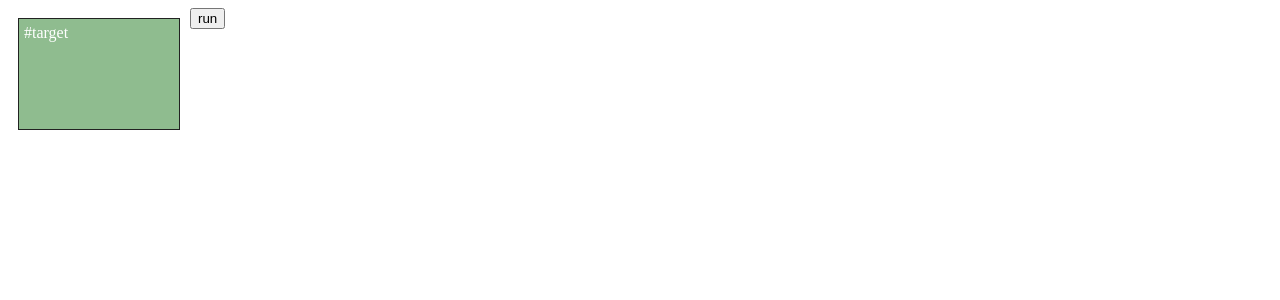
Repository: silenttemplar/java_start_project
Page: hansung_ee_2014/hansung_jquery_exercise/WebContent/ChangeSize_10.html
An editor plug-in stored every save of this project. The page is shown before and after the next save, followed by the edit.
The browser window is 1280 px wide. The pictures show the whole page.
After loading, the first visible `input` was clicked once.

Above is the page before, as saved 2014-08-27 07:30:05.

After the next save:
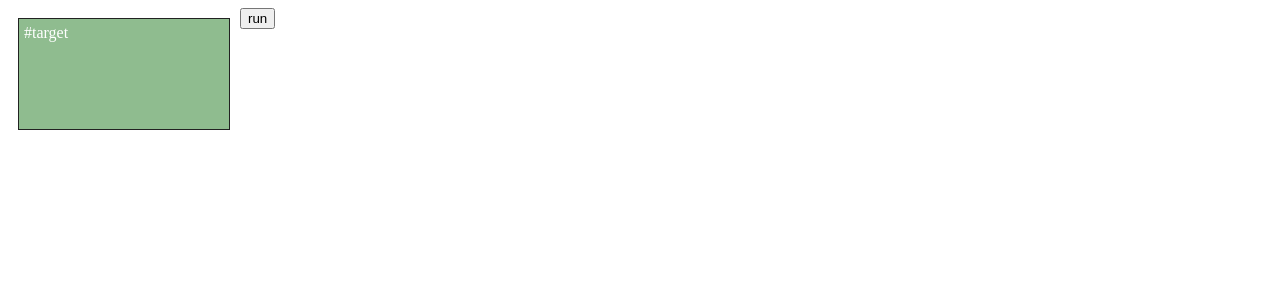
Saved 78 s later.
--- a/hansung_ee_2014/hansung_jquery_exercise/WebContent/ChangeSize_10.html
+++ b/hansung_ee_2014/hansung_jquery_exercise/WebContent/ChangeSize_10.html
@@ -9,7 +9,7 @@
 	 * 함수 : css() / width(), height()
 	 */
 	function run() {
-//
+		$("div").css("width", "200");
 
 	}
 </script>
